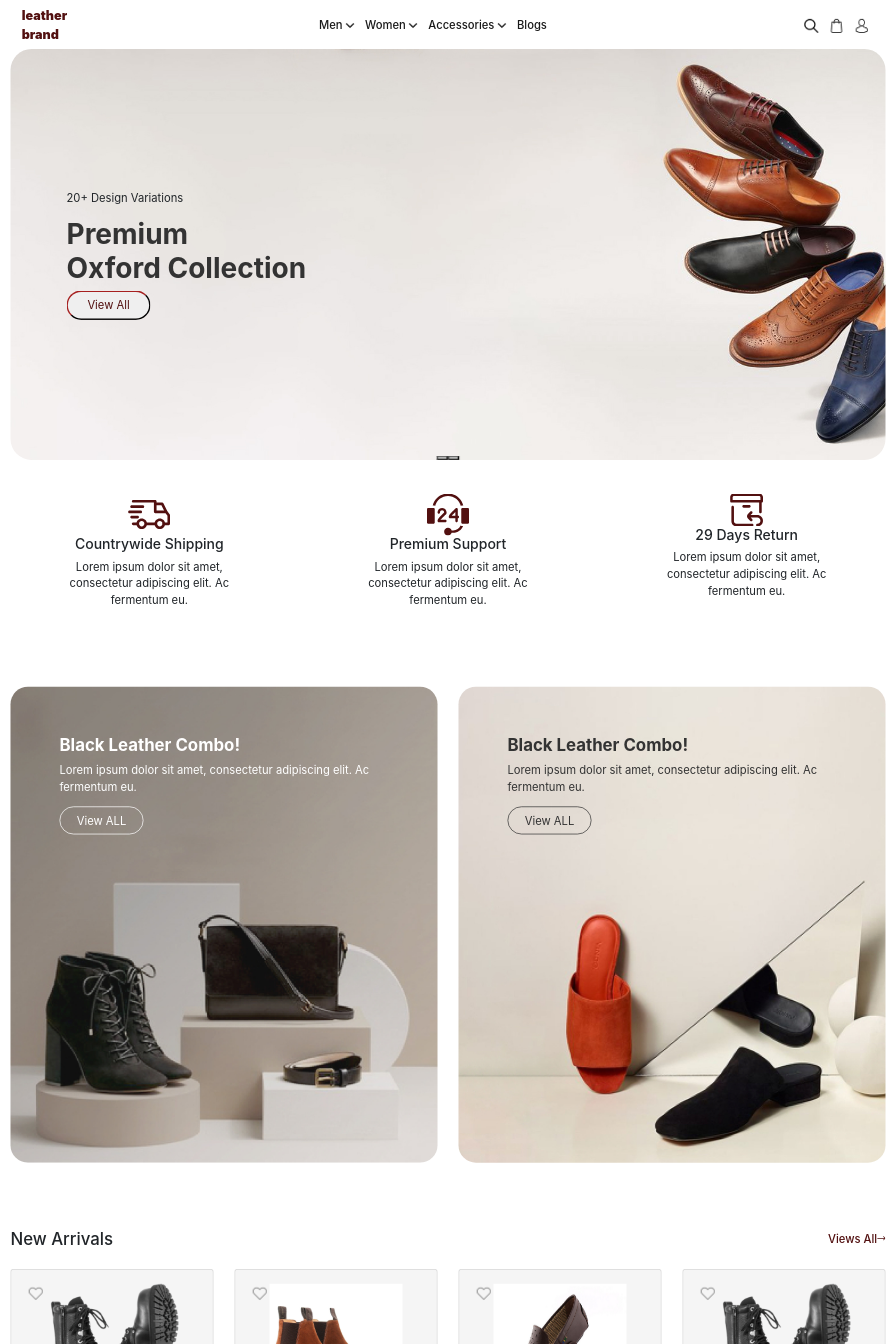
Repository: arif286/fashion-house
Page: /
An editor plug-in stored every save of this project. The page is shown before and after the next save, followed by the edit.
The browser window is 1280 px wide. The pictures show the part of the page from y = 0 to 1920 px (the page is 3791 px tall before and 3839 px after), at 70% of full size.
The project was rebuilt for these pictures with package versions that can differ from the ones it lists, and the page was loaded fresh each time. The framework's server and built-in components were replaced by stand-ins that run in the browser. Also part of the build but not shown: nuxt.config.js, components/Footer.vue, components/NuxtLogo.vue, components/Tutorial.vue.

Above is the page before, as saved 2021-07-12 10:14:09.

### components/Contact.vue
<template>
  <div class="container mb-5">
    <div class="row contact-bg">
      <div class="contact mt-5 mb-5">
        <h3>Stay on track</h3>
        <p>
          Sign up to our newsletter to stay up to date with the latest news,
          products and events from Leatherex.
        </p>
        <div class="subscribe">
          <input class="email" type="text" placeholder="Your Email Address" />
          <input class="sub-btn" type="button" value="Subscribe!" />
        </div>
      </div>
    </div>
  </div>
</template>
<style scoped>
.contact-bg {
  background-image: url('@/assets/Images/newsletter.png');
  background-repeat: no-repeat;
  background-size: cover;
  background-position: bottom;
  border-radius: 25px;
}
.contact {
  margin-left: 50px;
}
.contact h3 {
  color: #521010;
  font-weight: 800;
}
.contact p {
  width: 345px;
  color: #333333;
}
.subscribe {
  width: 430px;
  display: flex;
  position: relative;
}
.subscribe .email {
  outline: none;
  border: 1px solid #521010;
  padding: 10px;
  border-radius: 30px;
  width: 100%;
}
.sub-btn {
  background: #521010;
  border-radius: 30px;
  padding: 9px 20px;
  position: absolute;
  right: 0;
  color: white;
}
@media only screen and (min-width: 320px) and (max-width: 560px) {
  .subscribe {
    width: 300px;
  }
  .contact p {
    width: 300px;
  }
  .contact {
    margin-left: 0px;
    padding: 10px;
  }
}
</style>

### components/DisplayCollection.vue
<template>
  <div class="container mb-5">
    <div class="row">
      <div class="col-md-6 col-sm-12 col-12">
        <div class="row">
          <div class="col-12 pb-4">
            <div
              class="men-collection all-collection d-flex align-items-center"
            >
              <div class="collection-content">
                <h3>Mens</h3>
                <p>Collection</p>
              </div>
            </div>
          </div>
          <div class="col-12 pb-4">
            <div
              class="women-collection all-collection d-flex align-items-center"
            >
              <div class="collection-content">
                <h3>Women's</h3>
                <p>Collection</p>
              </div>
            </div>
          </div>
        </div>
      </div>
      <div class="col-md-6 col-sm-12 col-12">
        <div class="accessories all-collection d-flex align-items-center">
          <div class="collection-content">
            <h3>Accessories</h3>
            <p>Collection</p>
          </div>
        </div>
      </div>
    </div>
  </div>
</template>

<script></script>

<style scoped>
.men-collection {
  background-image: url('@/assets/Images/mens.png');
  height: 300px;
}
.women-collection {
  background-image: url('@/assets/Images/women.png');
  height: 300px;
}
.accessories {
  background-image: url('@/assets/Images/accessories.png');
  height: 623px;
}
.all-collection {
  background-repeat: no-repeat;
  background-position: bottom;
  background-size: cover;
  border-radius: 15px;
}
.collection-content {
  margin-left: 60px;
}
.collection-content h3 {
  color: white;
  font-weight: 500;
}
.collection-content p {
  color: white;
}
@media only screen and (min-width: 320px) and (max-width: 767px) {
  .accessories {
    height: 300px;
  }
}
</style>

### components/Nav.vue
<template>
  <nav class="navbar container navbar-expand-lg navbar-light">
    <div class="container-fluid">
      <div class="nav-title">
        <span>leather</span>
        <br />
        <span>brand</span>
      </div>
      <button
        class="navbar-toggler"
        type="button"
        data-bs-toggle="collapse"
        data-bs-target="#navbarSupportedContent"
        aria-controls="navbarSupportedContent"
        aria-expanded="false"
        aria-label="Toggle navigation"
      >
        <span class="navbar-toggler-icon"></span>
      </button>
      <div id="navbarSupportedContent" class="collapse navbar-collapse">
        <div class="d-flex justify-content-center w-100">
          <ul class="navbar-nav mb-2 mb-lg-0">
            <li class="nav-item">
              <a class="nav-link active" href="#"
                >Men
                <img
                  class="down-arrow"
                  :src="require('@/assets/Images/down-arrow.png')"
                  alt=""
              /></a>
            </li>
            <li class="nav-item">
              <a class="nav-link active" href="#"
                >Women
                <img
                  class="down-arrow"
                  :src="require('@/assets/Images/down-arrow.png')"
                  alt=""
              /></a>
            </li>
            <li class="nav-item">
              <a class="nav-link active" href="#">
                Accessories
                <img
                  class="down-arrow"
                  :src="require('@/assets/Images/down-arrow.png')"
                  alt=""
                />
              </a>
            </li>
            <li class="nav-item">
              <a class="nav-link active" href="#">Blogs</a>
            </li>
          </ul>
        </div>
        <div class="ml-auto">
          <ul class="navbar-nav mb-2 mb-lg-0">
            <li class="nav-item">
              <a class="nav-link active" aria-current="page" href="#"
                ><img
                  class="nav-icon"
                  :src="require('@/assets/Images/search.png')"
                  alt=""
              /></a>
            </li>
            <li class="nav-item">
              <a class="nav-link" href="#"
                ><img
                  class="nav-icon"
                  :src="require('@/assets/Images/nav-bag.png')"
                  alt=""
              /></a>
            </li>
            <li class="nav-item">
              <a class="nav-link active" href="#">
                <img
                  class="nav-icon"
                  :src="require('@/assets/Images/avatar.png')"
                  alt=""
                />
              </a>
            </li>
          </ul>
        </div>
      </div>
    </div>
  </nav>
</template>

<script></script>
<style scoped>
.nav-title {
  color: #521010;
  font-weight: 900;
  font-size: 18px;
}
.nav-title:hover {
  color: #521010;
  font-weight: bold;
}
.nav-item a {
  color: #000;
}
.nav-icon {
  width: 20px;
}
.nav-link {
  font-weight: 500;
}
.down-arrow {
  width: 12px;
}
</style>

### components/NewCollection.vue
<template>
  <div class="container mb-5">
    <div class="row">
      <div
        v-for="item in collections"
        :key="item.id"
        class="col-md-6 col-12 mb-5"
      >
        <div class="card-content" :class="item.class">
          <div class="card-body product-details">
            <h4>{{ item.title }}</h4>
            <p>{{ item.text }}</p>
            <button>View ALL</button>
          </div>
        </div>
      </div>
    </div>
  </div>
</template>
<script>
export default {
  props: {
    collections: {
      type: Array,
      required: true,
    },
  },
}
</script>
<style>
.newArrival {
  background-image: url('@/assets/Images/newarrivals1.png');
}
.promo {
  background-image: url('@/assets/Images/promo.png');
}
.card-content {
  background-repeat: no-repeat;
  background-size: cover;
  height: 680px;
  border-radius: 25px;
  background-position: bottom;
}
.product-details {
  padding: 70px;
}
.product-details button {
  border-radius: 30px;
  width: 120px;
  padding: 7px 15px;
  border: 1px solid #333333;
  color: #333333;
  background: none;
}
.product-details h4 {
  color: #333333;
  font-weight: 700;
}
.product-details p {
  color: #333333;
}
.newArrival h4 {
  color: white;
}
.newArrival p {
  color: white;
}
.newArrival button {
  border: 1px solid white;
  color: white;
}
@media only screen and (min-width: 320px) and (max-width: 425px) {
  .product-details {
    padding: 30px 0px 0px 20px;
  }
  .card-content {
    height: 450px;
  }
}
</style>

### components/Products.vue
<template>
  <div class="container mb-5">
    <div class="d-flex justify-content-between pb-3">
      <h4>{{ title }}</h4>
      <a class="view-product" href="">
        <p class="d-flex">
          <span>Views All</span>
          <img :src="require('@/assets/Images/right-arrow.svg')" alt="" />
        </p>
      </a>
    </div>

    <div class="row">
      <div
        v-for="item in products"
        :key="item.id"
        class="col-12 col-sm-6 col-lg-3 mb-4"
      >
        <div class="card h-100">
          <div class="card-body">
            <div class="d-flex justify-content-center position-relative">
              <span class="heart"
                ><img :src="require('@/assets/Images/heart.png')" alt=""
              /></span>
              <img
                class="product-img"
                :src="require(`@/assets/Images/${item.image}`)"
                alt=""
              />
            </div>
            <h3>{{ item.title }}</h3>
            <p class="price">৳ {{ item.price }}</p>
            <div class="d-flex justify-content-between">
              <p>
                <span>
                  <img
                    class="rating"
                    :src="require('@/assets/Images/star.png')"
                    alt=""
                  />
                </span>
                <span>
                  <img
                    class="rating"
                    :src="require('@/assets/Images/star.png')"
                    alt=""
                  />
                </span>
                <span>
                  <img
                    class="rating"
                    :src="require('@/assets/Images/star.png')"
                    alt=""
                  />
                </span>
                <span>
                  <img
                    class="rating"
                    :src="require('@/assets/Images/star2.png')"
                    alt=""
                  />
                </span>
              </p>
              <button class="shopping-btn">
                <img :src="require('@/assets/Images/bag.png')" alt="" />
              </button>
            </div>
          </div>
        </div>
      </div>
    </div>
  </div>
</template>
<script>
export default {
  props: {
    products: {
      type: Array,
      required: true,
    },
    title: {
      type: String,
      required: true,
    },
  },
}
</script>

<style scoped>
.product-img {
  width: 190px;
  height: 184px;
}
.card {
  background-color: #f5f5f5;
}
.view-product {
  color: #521010;
  font-weight: 500;
}
.view-product p img {
  width: 12px;
}
.price {
  color: #521010;
  font-weight: 700;
}
.shopping-btn {
  background-color: #521010;
  padding: 5px 8px;
  border-radius: 5px;
}
.shopping-btn img {
  width: 25px;
  height: 25px;
}
.rating {
  width: 18px;
}
.heart {
  display: inline-block;
  position: absolute;
  left: 5px;
}
.heart img {
  width: 20px;
}
</style>

### components/Service.vue
<template>
  <div class="container mb-5">
    <div class="row">
      <div
        v-for="service in services"
        :key="service.id"
        class="col-md-4 col-12 mb-5"
      >
        <div class="d-flex justify-content-center">
          <div class="service-box text-center">
            <img :src="require(`@/assets/Images/${service.image}`)" alt="" />
            <h5>{{ service.title }}</h5>
            <p>{{ service.text }}</p>
          </div>
        </div>
      </div>
    </div>
  </div>
</template>

<script>
export default {
  props: {
    services: { type: Array, required: true },
  },
}
</script>
<style>
.service-box {
  width: 250px;
}
</style>

### components/Slider.vue
<template>
  <div class="container mb-5">
    <div
      id="carouselExampleIndicators"
      class="carousel slide"
      data-bs-ride="carousel"
    >
      <div class="carousel-indicators">
        <button
          type="button"
          data-bs-target="#carouselExampleIndicators"
          data-bs-slide-to="0"
          class="active"
          aria-current="true"
          aria-label="Slide 1"
        ></button>
        <button
          type="button"
          data-bs-target="#carouselExampleIndicators"
          data-bs-slide-to="1"
          aria-label="Slide 2"
        ></button>
      </div>
      <div class="carousel-inner">
        <div class="carousel-item active d-flex align-items-center">
          <div class="slider-content">
            <p>20+ Design Variations</p>
            <h1>
              Premium
              <br />
              Oxford Collection
            </h1>
            <button>View All</button>
          </div>
        </div>
        <div class="carousel-item">
          <div class="slider-content">
            <p>20+ Design Variations</p>
            <h1>
              Premium
              <br />
              Oxford Collection
            </h1>
            <button>View All</button>
          </div>
        </div>
      </div>
    </div>
  </div>
</template>

<script></script>
<style>
.carousel-item {
  background-image: url('@/assets/Images/hero1.png');
  background-repeat: no-repeat;
  width: 100%;
  background-size: cover;
  height: 587px;
  border-radius: 30px;
}
.slider-content {
  margin-left: 80px;
}
.slider-content h1 {
  color: #333333;
  font-weight: 700;
}
.slider-content button {
  border-radius: 30px;
  width: 120px;
  padding: 7px 15px;
  border-color: #521010;
  color: #521010;
}
@media only screen and (min-width: 320px) and (max-width: 450px) {
  .carousel-item {
    height: 400px;
  }
  .slider-content {
    margin-left: 20px;
  }
}
</style>

### pages/index.vue
<template>
  <div>
    <Nav />
    <Slider />
    <Service :services="serviceData" />
    <NewCollection :collections="collections" />
    <Products title="New Arrivals" :products="products" />
    <DisplayCollection />
    <Products title="Best Sellers" :products="products" />
    <Contact />
  </div>
</template>

<script>
import { serviceData, newCollectionData, productsData } from '@/assets/data.js'
export default {
  data() {
    return {
      serviceData,
      collections: newCollectionData,
      products: productsData,
    }
  },
}
</script>
<style>
@import url('https://fonts.googleapis.com/css2?family=Roboto:ital,wght@0,100;0,300;0,400;0,500;0,700;0,900;1,100;1,300;1,400;1,500;1,700;1,900&display=swap');

.body {
  font-family: 'Roboto', sans-serif;
}
.container {
  max-width: 1880px;
}
</style>

### assets/data.js
export const serviceData = [
  {
    id: 1,
    image: 'delivery.svg',
    title: 'Countrywide Shipping',
    text: 'Lorem ipsum dolor sit amet, consectetur adipiscing elit. Ac fermentum eu.',
  },
  {
    id: 2,
    image: 'call-center.svg',
    title: 'Premium Support',
    text: 'Lorem ipsum dolor sit amet, consectetur adipiscing elit. Ac fermentum eu.',
  },
  {
    id: 3,
    image: 'return.svg',
    title: '29 Days Return',
    text: 'Lorem ipsum dolor sit amet, consectetur adipiscing elit. Ac fermentum eu.'
  }
]

export const newCollectionData = [
  {
    id: 2,
    class: 'newArrival',
    title: 'Black Leather Combo!',
    text: 'Lorem ipsum dolor sit amet, consectetur adipiscing elit. Ac fermentum eu.',
  },
  {
    id: 3,
    class: 'promo',
    title: 'Black Leather Combo!',
    text: 'Lorem ipsum dolor sit amet, consectetur adipiscing elit. Ac fermentum eu.',
  }
]

export const productsData = [
  {
    id: 1,
    image: 'boot.png',
    title: 'Black Leather Boots',
    price: 4499,
    rating: 4,
  },
  {
    id: 2,
    image: 'image1.png',
    title: "Men's Chelsea Boots",
    price: 3699,
    rating: 3,
  },
  {
    id: 3,
    image: 'image2.png',
    title: 'Casual Men Loafers',
    price: 2599,
    rating: 4,
  },
  {
    id: 4,
    image: 'boot.png',
    title: 'Black Leather Boots',
    price: 3699,
    rating: 5,
  },
]

After the next save:
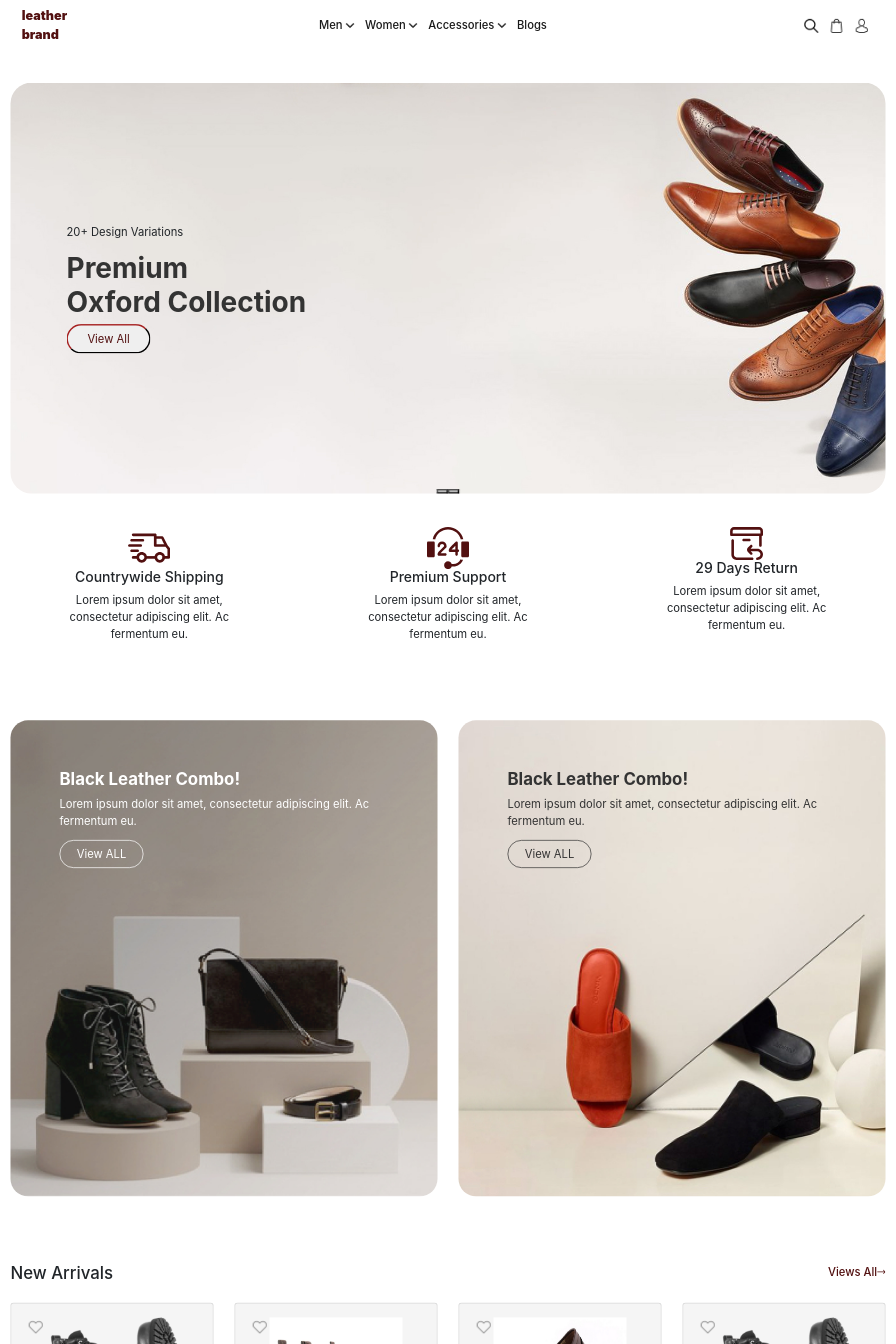
Saved 21 s later.
--- a/components/Nav.vue
+++ b/components/Nav.vue
@@ -1,5 +1,5 @@
 <template>
-  <nav class="navbar container navbar-expand-lg navbar-light">
+  <nav class="navbar container navbar-expand-lg navbar-light mb-5">
     <div class="container-fluid">
       <div class="nav-title">
         <span>leather</span>
